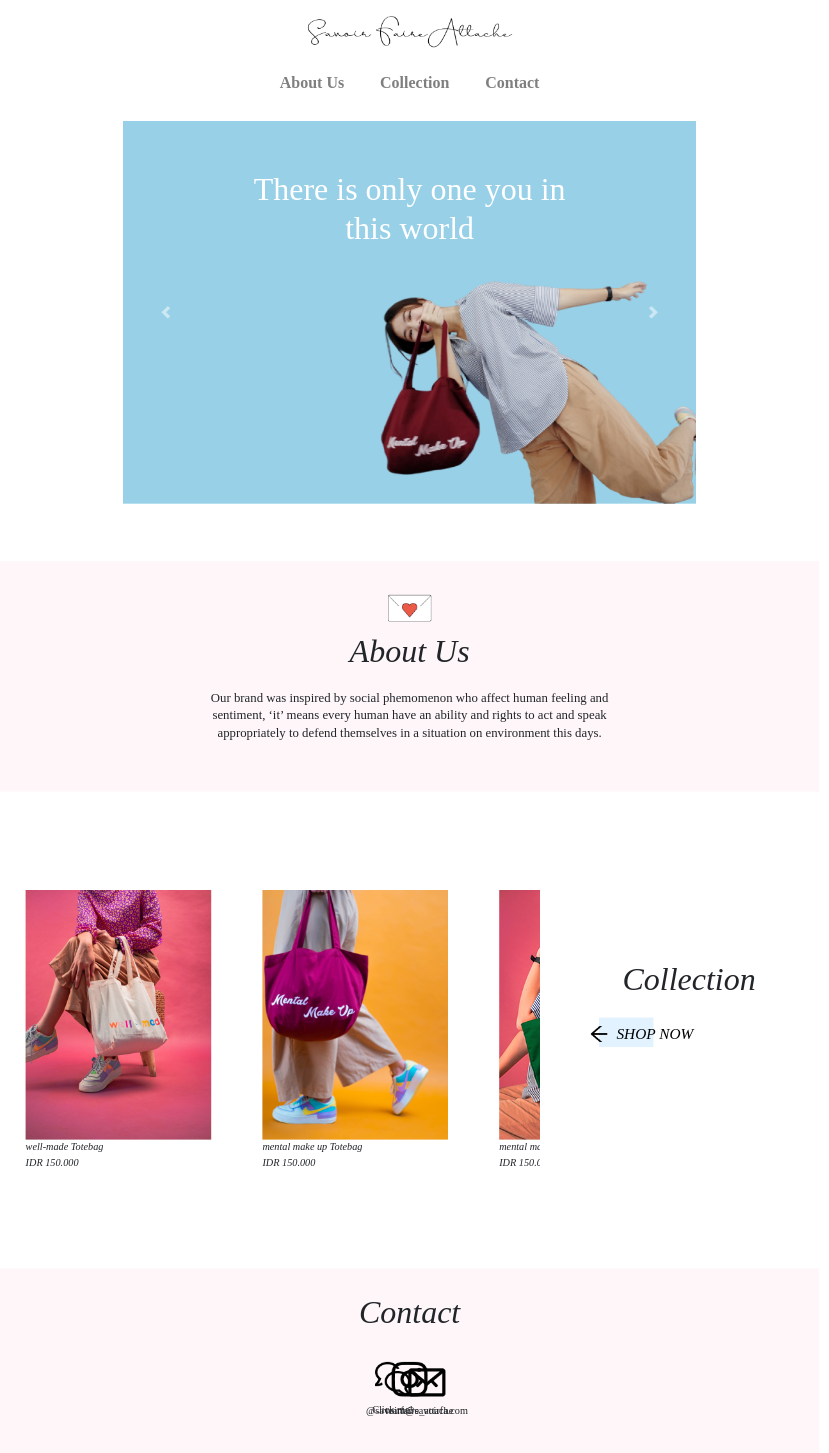
Repository: bismowibi/savoir
Page: index.html
An editor plug-in stored every save of this project. The page is shown before and after a run of saves, followed by the edit.
The browser window is 1280 px wide. The page is 1295 px wide, so the pictures cover 1295 px, including what lies to the right of the window. The pictures show the whole page, at 64% of full size.
Some web fonts or font styles are not loaded; a fallback is used. Some web libraries are served in a nearby version.

Above is the page before, as saved 2020-04-05 02:02:32.

### index.html
<!doctype html>
<html lang="en">

<head>
  <title>Title</title>
  <!-- Required meta tags -->
  <meta charset="utf-8">
  <meta name="viewport" content="width=device-width, initial-scale=1, shrink-to-fit=no">
  <!-- Internal CSS -->
  <link rel="stylesheet" href="style.css">
  <!-- Bootstrap CSS -->
  <link rel="stylesheet" href="https://stackpath.bootstrapcdn.com/bootstrap/4.3.1/css/bootstrap.min.css"
    integrity="sha384-ggOyR0iXCbMQv3Xipma34MD+dH/1fQ784/j6cY/iJTQUOhcWr7x9JvoRxT2MZw1T" crossorigin="anonymous">
  <!-- Font Face GT -->
  <link href="https://db.onlinewebfonts.com/c/4417812509ea84242dcf790e829ca350?family=GT+Walsheim+Pro+Regular" rel="stylesheet" type="text/css"/>
    <!-- Icon -->
  <script src="https://kit.fontawesome.com/c5d0666ee9.js" crossorigin="anonymous"></script>
</head>

<body>

  <!-- Optional JavaScript -->
  <!-- jQuery first, then Popper.js, then Bootstrap JS -->
  <script src="https://code.jquery.com/jquery-3.3.1.slim.min.js"
    integrity="sha384-q8i/X+965DzO0rT7abK41JStQIAqVgRVzpbzo5smXKp4YfRvH+8abtTE1Pi6jizo" crossorigin="anonymous">
  </script>
  <script src="https://cdnjs.cloudflare.com/ajax/libs/popper.js/1.14.7/umd/popper.min.js"
    integrity="sha384-UO2eT0CpHqdSJQ6hJty5KVphtPhzWj9WO1clHTMGa3JDZwrnQq4sF86dIHNDz0W1" crossorigin="anonymous">
  </script>
  <script src="https://stackpath.bootstrapcdn.com/bootstrap/4.3.1/js/bootstrap.min.js"
    integrity="sha384-JjSmVgyd0p3pXB1rRibZUAYoIIy6OrQ6VrjIEaFf/nJGzIxFDsf4x0xIM+B07jRM" crossorigin="anonymous">
  </script>

  <section id="title">
    <div class="container-fluid">

      <!-- Header-logo -->
      <header id="site-header">
        <!-- <h5>Sfa</h5> -->
        <img src="Photos/savoir.png" alt="">
      </header>

      <!-- Navigation Bar -->
      <nav class="navbar navbar-expand-lg navbar-light">
        <a class="navbar-brand d-block d-sm-block d-md-bock d-lg-none navbar-right" style="float: none;"
          href="#">Sfa</a>

        <!-- Navbar Collapse Button -->
        <button class="navbar-toggler" type="button" data-toggle="collapse" data-target="#navbarTogglerDemo02"
          aria-controls="navbarTogglerDemo02" aria-expanded="false" aria- label="Toggle navigation">
          <span class="navbar-toggler-icon"></span>
        </button>

        <!-- Navbar Menu -->
        <div class="collapse navbar-collapse" id="navbarTogglerDemo02">
          <ul class="navbar-nav mx-auto">
            <li class="nav-item"><a class="nav-link" href="#about-us">About Us</a></li>
            <li class="nav-item"><a class="nav-link" href="#collection">Collection</a></li>
            <li class="nav-item"><a class="nav-link" href="#contact">Contact</a></li>
          </ul>
      </nav>
  </section>

  <!-- Home  -->
  <section id="home">
    <!-- <div class="container"> -->
    <div id="carouselExampleControls" class="carousel slide" data-ride="carousel" data-interval="0">
      <div class="carousel-inner">
        <!-- Card 1  -->
        <div class="carousel-item active">
          <div class="row card-1">
            <div class="col-lg-12">
              <h2 class="text-center">There is only one you in <br>this world</h2>
            </div>
            <div class="col-lg-12">
              <img class="img-card-1" src="/Photos/card-1.png" alt="">
            </div>
          </div>
        </div>
        <!-- Card 2  -->
        <div class="carousel-item">
          <div class="row card-2">
            <div class="col-lg-6">
              <img class="img-card-2" src="/Photos/card-2.png" alt="">
            </div>
            <div class="col-lg-6">
              <h2>Chic and <br>Colourful</h2>
            </div>
          </div>
        </div>
        <!-- Card 3 -->
        <div class="carousel-item">
          <div class="row card-3">
            <div class="col-lg-6">
              <h2>Savoir Faire Attache</h2>
            </div>
            <div class="col-lg-6">
              <img class="img-card-3" src="/Photos/card-3.png" alt="">
            </div>
          </div>
        </div>
        <!-- Card 4 -->
        <div class="carousel-item">
          <div class="row card-4">
            <div class="col-lg-6">
              <h2>Grab yours now!</h2>
            </div>
            <div class="col-lg-6">
              <img class="img-card-4" src="/Photos/card-4-n.png" alt="">
            </div>
          </div>
        </div>
      </div>
      <!-- Button Slider  -->
      <a class="carousel-control-prev" href="#carouselExampleControls" role="button" data-slide="prev">
        <span class="carousel-control-prev-icon" aria-hidden="true"></span>
        <span class="sr-only">Previous</span>
      </a>
      <a class="carousel-control-next" href="#carouselExampleControls" role="button" data-slide="next">
        <span class="carousel-control-next-icon" aria-hidden="true"></span>
        <span class="sr-only">Next</span>
      </a>
    </div>
    </div>
  </section>

  <section id="about-us">
    <div class="container-fluid">
      <div class="row text-center">
        <div class="col-about col-lg-12 ">
          <img class="love-letter" src="/Photos/love-letter.png" alt="">
        </div>
        <div class="col-lg-12 text-center">
          <h2>About Us</h2>
          <p class="">Our brand was inspired by social phemomenon who affect human feeling and <br> sentiment, ‘it’ means every human have an ability and rights to act and speak <br>appropriately to defend themselves in a situation on environment this days. </p>
        </div>
      </div>
    </div>
    </div>
  </section>


  <!-- Collection -->
  <section id="collection">
    <!-- Scroling -->
    <div class="row scrolling-row">
      <div class="col-lg-8 sm-12">
        <div class="scrolling-wrapper-flexbox">
          <div class="card">
            <img src="/Photos/img-collect-1.png" alt="">
            <span>well-made Totebag <br>IDR 150.000<span>
          </div>
          <div class="card">
            <img src="/Photos/img-collect-2.png" alt="">
            <span>mental make up Totebag <br>IDR 150.000<span>
          </div>
          <div class="card">
            <img src="/Photos/img-collect-3.png" alt="">
            <span>mental make up Totebag <br>IDR 150.000<span>
          </div>
          <div class="card">
            <img src="/Photos/img-collect-4.png" alt="">
            <span>amore Totebag <br>IDR 150.000<span>
          </div>
        </div>
      </div>
      <div class="shop-now col-lg-4 sm-12">
        <h1 class="text-center">Collection</h1>
        <div class="arrow">
          <img class="img-arrow" src="/Photos/arrow-biru.png" alt="">
          <a href="https://linktr.ee/savoirfaire_attache" target="_blank">
            <h4> SHOP NOW</h4>
          </a>
        </div>

      </div>
      </di>

  </section>

  <section id="contact">
  <div class="container-fluid">
    <div class="row text-center">
      <div class="col-lg-12">
        <h2>Contact</h2>
      </div>
      <div class="col-lg-4 contact-icon line">
        <img class="icon" src="Photos/text-icon.png" alt="">
        <p class="icon-text">Click me!</p>
      </div>
      <div class="col-lg-4 contact-icon ig">
        <img src="Photos/ig-icon-2.png" alt="">
        <p>@savoirfaire_attache</p>
      </div>
      <div class="col-lg-4 contact-icon mail">
        <img src="Photos/mail-icon-1.png" alt="">
        <p class="ig-text">team@savoirfa.com</p>
      </div>


    </div>


  </div>





  </section>











</body>

</html>

### style.css
/* Header - Logo */
#site-header {
    text-align: center;
    padding-top: 2%;
    font-family: "BeautyDream";
    font-size: 30px;
}

#site-header h5 {
    font-size: 30px;
}

#title{
    padding-bottom: 2%;
}

/* Home Card Background */
.card-1 {
    background-color: #98D0E7;
}

.card-2 {
    background-color: #D54C63;
}

.card-3 {
    background-color: #FECF70;
}

.card-4 {
    background-color: #F7E6D8;
}

/* Home */
#home {
    padding: 0% 15% 7%;
}

#carouselExampleControls h2 {
    font-family: "Futura";
    font-size: 50px;
    position: relative;
}

/* Card 1  */
.img-card-1 {
    position: relative;
    left: 35%;
    height: 470px;
}

.card-1 h2 {
    top: 60%;
    color: white;
}

/* Card 2 */
.img-card-2 {
    position: relative;
    left: 25%;
}

.card-2 h2 {
    color: #ffff;
    top: 40%;
    left: 10%;
}

/* Card 3 */
.card-3 h2 {
    color: #9C7C62;
    top: 35%;
    left: 23%;
}

/* Card-4 */
.card-4 h2 {
    left: 30%;
    top: 20%;
    color: #D54C63;
}

.img-card-4{

}
/* About Us */
#about-us {
    background-color: #FEF6F8;
    height: 360px;
    /* text-align: center; */
    padding: 3% 15% 3%;
    font-family: "GTWalsheimProRegular";
}

#about-us p{
    font-size: 20px;
    line-height: 27px;
    margin-top:30px;
}

#about-us h2 {
    font-family: Futura;
    font-style: italic;
    font-weight: 500;
    font-size: 50px;
}


/* Collection */

#collection {
    padding-top: 12%;
    padding-bottom:12%;
    font-family: "Futura";
    font-weight: 500;
    font-style: italic;
}

.scrolling-wrapper-flexbox {
    display: flex;
    flex-wrap: nowrap;
    overflow-x: auto;


}

.scrolling-wrapper-flexbox::-webkit-scrollbar {
    display: none;

}


.card {
    flex: 0 0 auto;
    /* height: 290px;
    width: 390px; */
    margin-left: 40px;
    margin-right: 40px;
    border: none !important;

}

#collection h1 {
    font-size: 50px;
    margin-top: 110px;

}

.arrow {
    margin-left: 45px;
    margin-top: 30px;

}

.arrow h4 {
    left: 24%;
    position: absolute;
    top: 48%;
}

#collection a {
    color: black;
}

#collection a:hover {
    color: #d24967;
}


#contact{
    padding: 3% 0%;
    background-color: #FEF6F8 ;
    font-family: "Futura";
}

#contact h2{
    font-size: 50px;
    font-style: italic;
}

.contact-icon{
    padding-top:40px;
}



.line{
    left:400px;
}

.mail{
    right: 400px;
    top: 10px;
}

#contact p{
    margin-top: 10px;

}

 .icon-text {

}



/* Mobile Version */
@media only screen and (max-width:990px) {
    #site-header {
        display: none;
    }
}

/* Navigation Bar */
.navbar-nav>li {
    padding-left: 20px;
    padding-right: 20px;
    font-family: "GT Walsheim Pro Regular";
    font-weight: bold;
    font-size:25px;
    margin-top:20px;
}

.navbar-brand {
    font-family: "BeautyDream";
    font-size: 2rem !important;
}



@media only screen and (max-width:990px) {
    #home {
        padding: 0 0 0 0 !important;
    }
    .navbar-nav>li{
        font-size:15px;
    }
    /* Heading 2 Mobile */
    #carouselExampleControls h2 {
        font-size: 30px;
        text-align: center;
        display: flex;
        flex-direction: column;
        left: 27%;
    }

    #carouselExampleControls br{
        display: none;
    }



    /* Card 1 Mobile */
    .img-card-1 {
        height: 448px;
        position: relative;
        left: 4%;

    }

    /* Card 2 Mobile */
    .img-card-2 {
        position: relative;
        top: 30%;
        left: 10%;
        width: 80%;
    }

    .card-2 h2 {
        top: -490%
    }

    /* Card 3 Mobile */
    .card-3 h2 {
        top: 70% !important;
    }

    .img-card-3 {
        width: 80%;
        position: relative;
        left: 10%;
        top: 7%;

    }

    /* Card 4 Mobile */
    .img-card-4 {
        width: 81.5%;
        left: 10%;
        position: relative;
        top: 5%;
    }

    .card-3 h2 {

        top: 45%;
    }


    /* About Us Mobile Ver */
    #about-us {
        margin-top: 20%;
        padding-left: 0%;
        padding-right: 0%;
    }

    #about-us br{
        display: none;
    }

    #about-us h2 {
        font-size: 30px;
    }

    #about-us p {
        font-size: 15px;
        line-height: 24px;
    }

    /* Collection  Mobile Ver*/
    #collection {
        padding-top: 20%;
    }

    #collection h1 {
        font-size: 30px;
        margin-top: 0;

    }

    .arrow h4 {
        font-size: 15px;
        ;
        left: 30%;

    }

    .scrolling-row {
        display: flex;
        flex-direction: column-reverse;
    }

    .img-arrow {
        left: 5%;
        position: relative;
        margin-bottom: 13%;
    }
}

}

/* Font  */



@font-face{

    font-family: 'GTWalsheimProRegular';
    src: url('Font/GTWalsheimPro-Regular.eot');
    src: url('Font/GTWalsheimPro-Regular.eot?#iefix') format('embedded-opentype'),
         url('Font/GTWalsheimPro-Regular.woff2') format('woff2'),
         url('Font/GTWalsheimPro-Regular.woff') format('woff'),
         url('Font/GTWalsheimPro-Regular.svg#GTWalsheimPro-Regular') format('svg');
    font-weight: normal;
    font-style: normal;

    }


@font-face {

    font-family: 'BeautyDream';
    src: url('Font/Beauty-Dream.eot');
    src: url('Font/Beauty-Dream.eot?#iefix') format('embedded-opentype'),
         url('Font/Beauty-Dream.woff2') format('woff2'),
         url('Font/Beauty-Dream.woff') format('woff'),
         url('Font/Beauty-Dream.svg#Beauty-Dream') format('svg');
    font-weight: normal;
    font-style: normal;

    }
    @import url(https://db.onlinewebfonts.com/c/4417812509ea84242dcf790e829ca350?family=GT+Walsheim+Pro+Regular);

    @font-face {font-family: "GT Walsheim Pro Regular"; src: url("https://db.onlinewebfonts.com/t/4417812509ea84242dcf790e829ca350.eot"); src: url("https://db.onlinewebfonts.com/t/4417812509ea84242dcf790e829ca350.eot?#iefix") format("embedded-opentype"), url("https://db.onlinewebfonts.com/t/4417812509ea84242dcf790e829ca350.woff2") format("woff2"), url("https://db.onlinewebfonts.com/t/4417812509ea84242dcf790e829ca350.woff") format("woff"), url("https://db.onlinewebfonts.com/t/4417812509ea84242dcf790e829ca350.ttf") format("truetype"), url("https://db.onlinewebfonts.com/t/4417812509ea84242dcf790e829ca350.svg#GT Walsheim Pro Regular") format("svg"); }

After the next 2 saves:
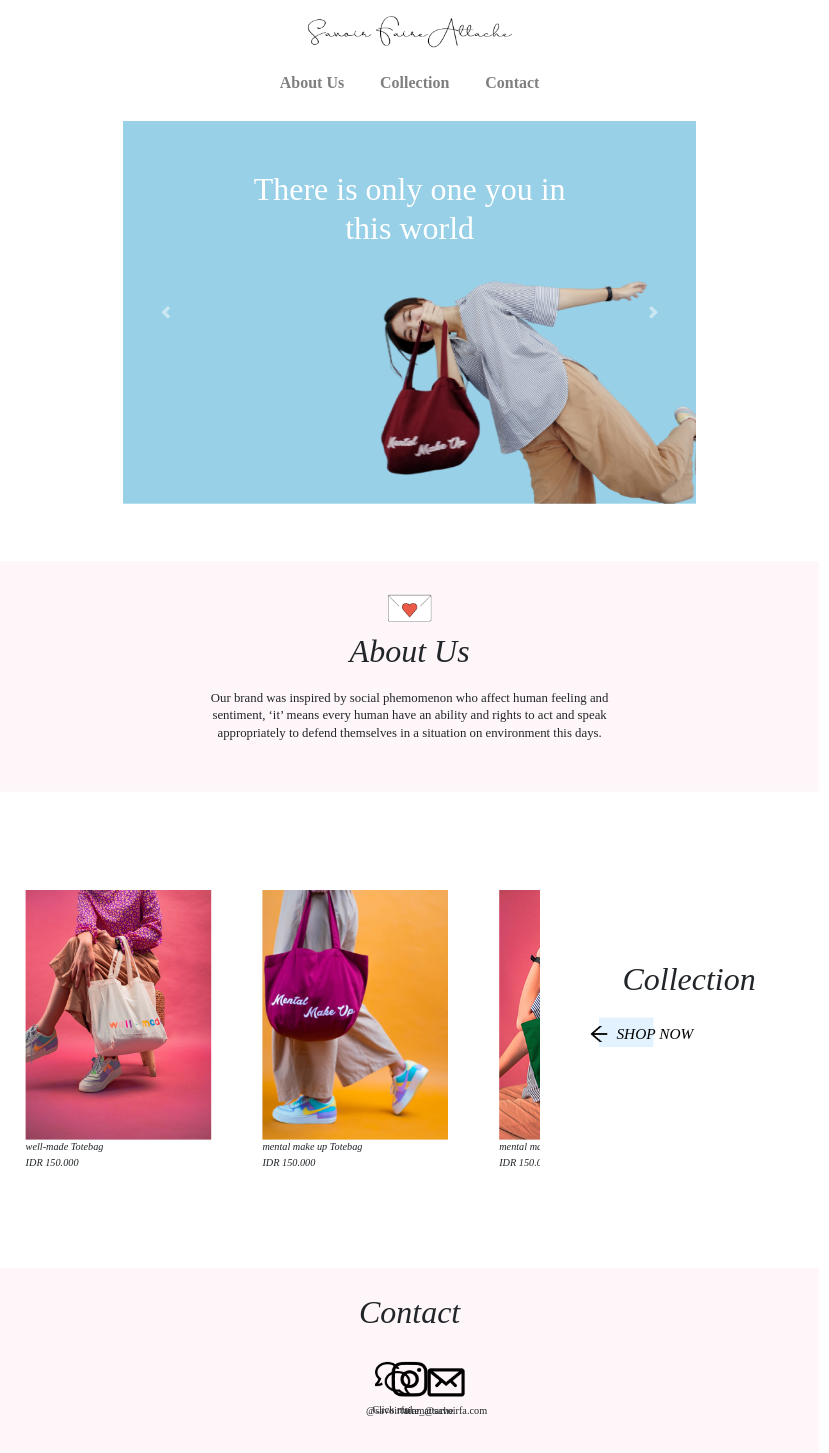
The 2 saves are shown as one change because they came seconds apart.
The last was saved 14 s later.
--- a/style.css
+++ b/style.css
@@ -189,7 +189,7 @@
 }
 
 .mail{
-    right: 400px;
+    right: 370px;
     top: 10px;
 }
 
